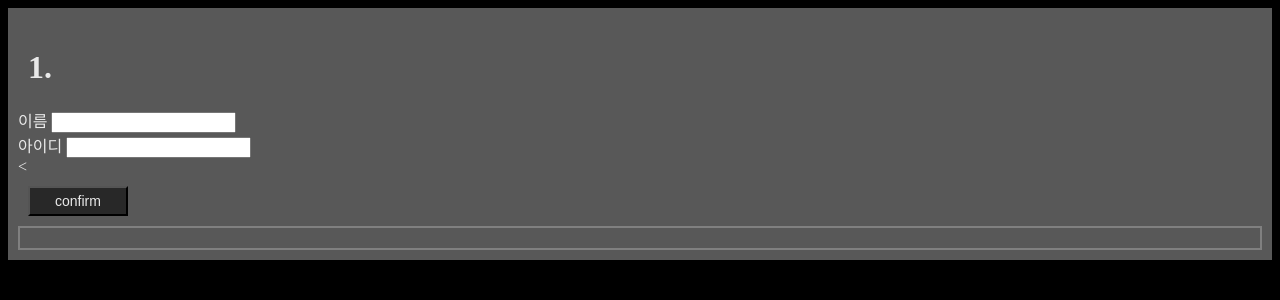
Repository: prawniel99/05_JQuery
Page: workspace/jqpro/WebContent/비동기4_XMLR_promise/postTest.html
An editor plug-in stored every save of this project. The page is shown before and after the next save, followed by the edit.
The browser window is 1280 px wide. The pictures show the whole page.

Above is the page before, as saved 2024-08-23 01:18:48.

After the next save:
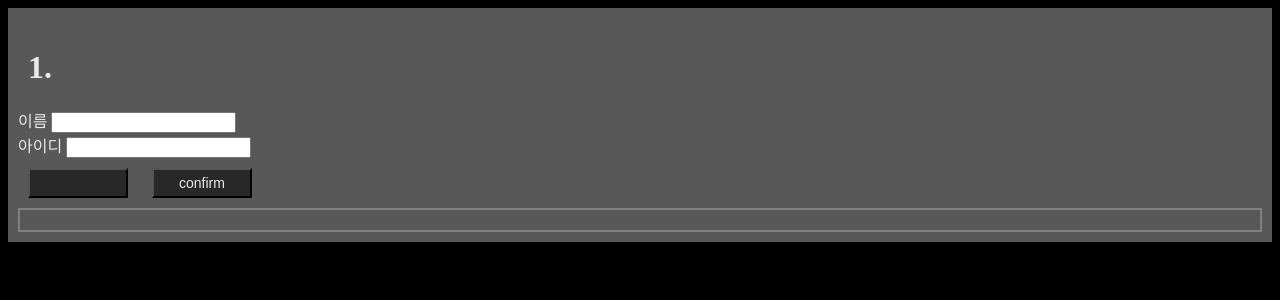
Saved 5 s later.
--- a/workspace/jqpro/WebContent/비동기4_XMLR_promise/postTest.html
+++ b/workspace/jqpro/WebContent/비동기4_XMLR_promise/postTest.html
@@ -15,7 +15,7 @@
         <form>
         	이름 <input type="text" name="name" id="name"><br>
         	아이디 <input type="text" name="id" id="id"><br>
-        	<
+        	<input type="button"
         </form>
 
         <input type="button" value="confirm" onclick="proc1()">
